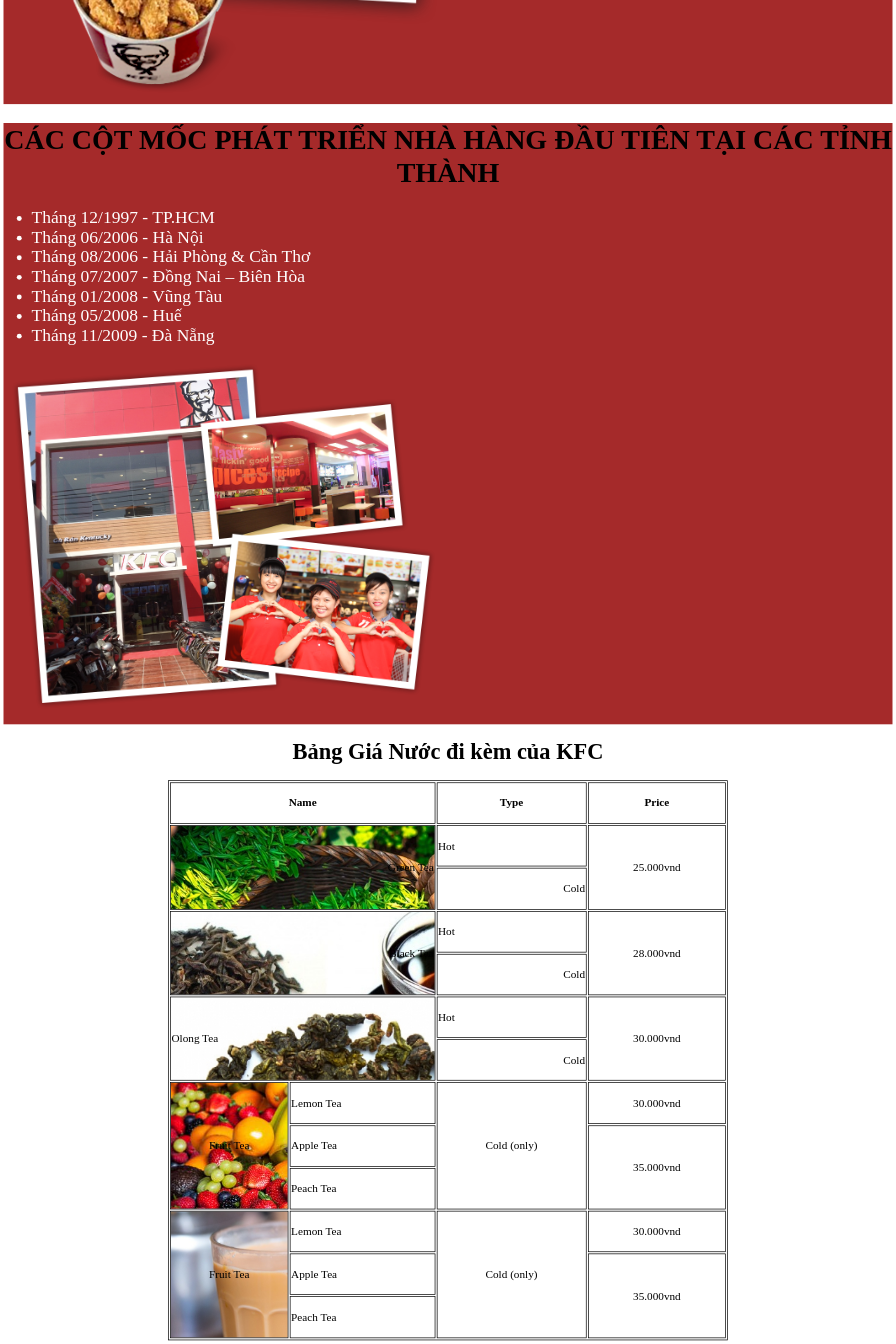
Repository: giahuy405/BC38__-BaiTapHTML_KFC__Pham_Gia_Huy
Page: index.html
An editor plug-in stored every save of this project. The page is shown before and after the next save, followed by the edit.
The browser window is 1280 px wide. The pictures show the part of the page from y = 1044 to 2964 px (the page is 2964 px tall), at 70% of full size.

Above is the page before, as saved 2022-09-06 21:14:56.

After the next save:
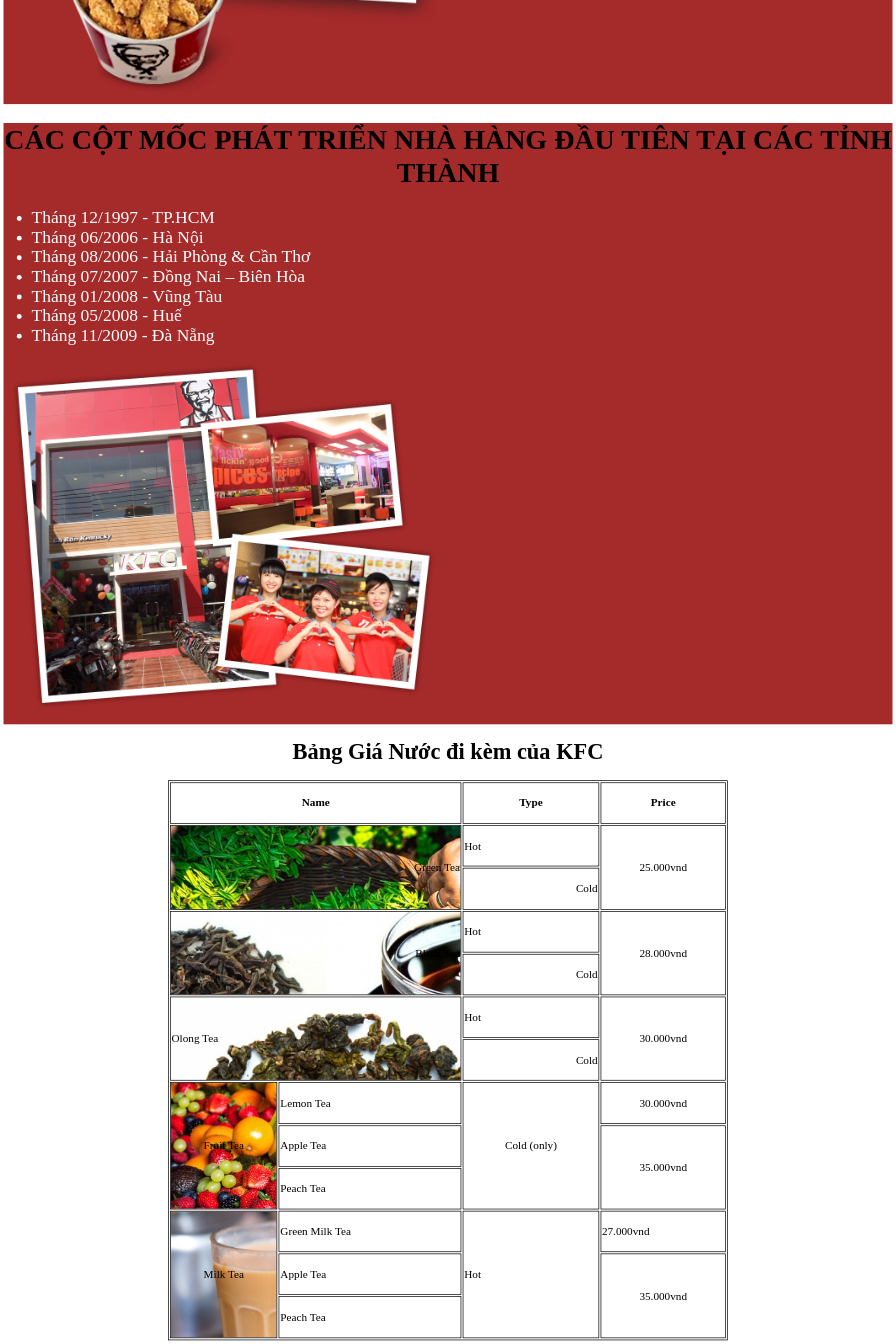
Saved 69 s later.
--- a/index.html
+++ b/index.html
@@ -96,10 +96,10 @@
             </tr>
 
             <tr>
-                <td rowspan="3"   style="background-image: url(./img/milktea.png);text-align: center;">Fruit Tea</td>
-                <td>Lemon Tea</td>
-                <td style="text-align: center;" rowspan="3">Cold (only)</td>
-                <td style="text-align: center;">30.000vnd</td>
+                <td rowspan="3"   style="background-image: url(./img/milktea.png);text-align: center;">Milk Tea</td>
+                <td>Green Milk Tea</td>
+                <td style="" rowspan="3">Hot</td>
+                <td >27.000vnd</td>
             </tr>
             <tr>
                 <td>Apple Tea</td>
